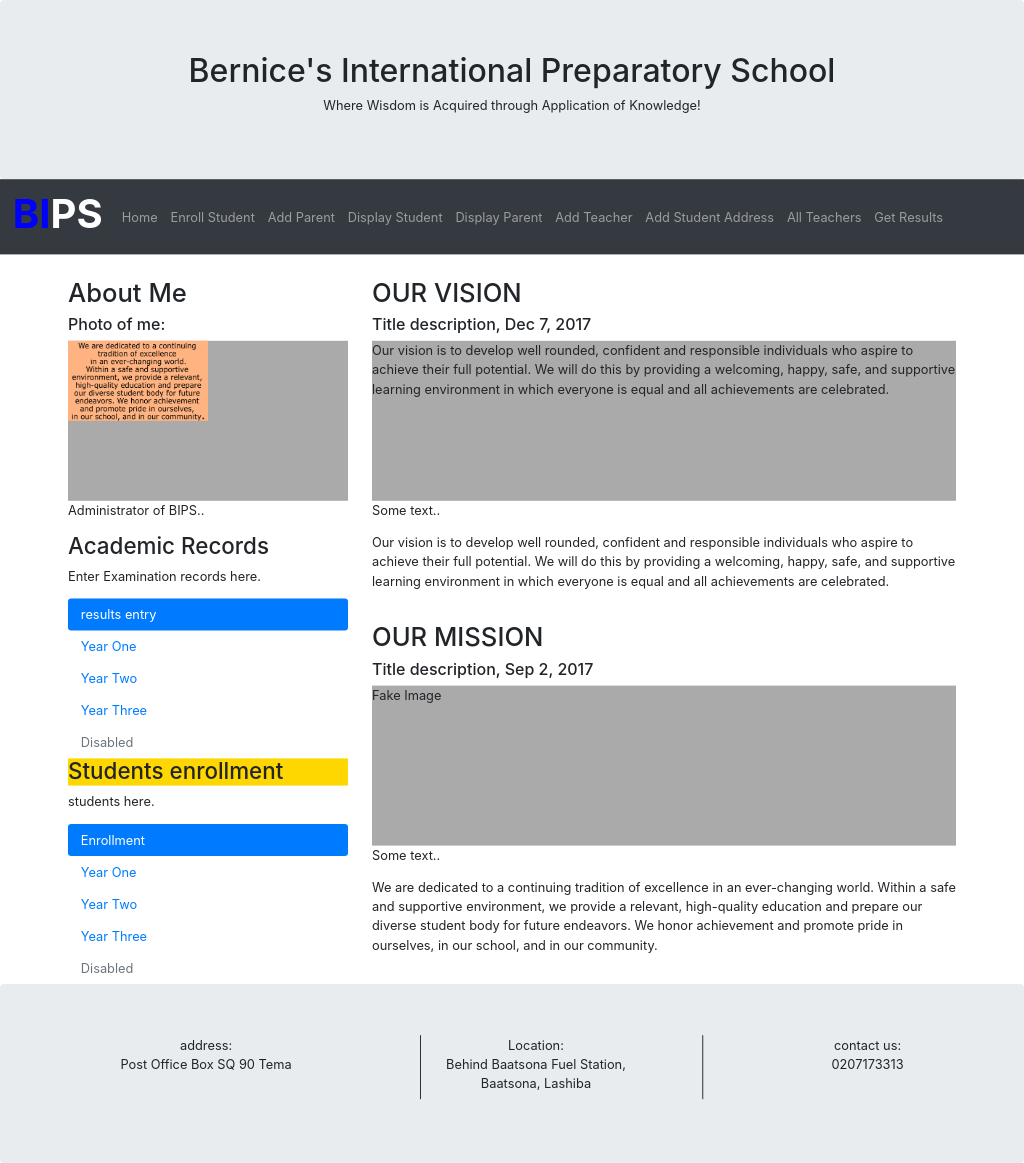
Repository: joseackah/eclipse-workspace
Page: http://localhost/com.school.mgt.system.Front.End/WEB-INF/views/adminPageExample.jsp
These files come from the project's save history. The page is drawn as it stood at one moment and after the next save; the edit follows.
The browser window is 1280 px wide. The pictures show the whole page, at 80% of full size.
The page is served by Tomcat 9. Nobody is signed in. The template is opened directly, without the code that normally fills it, so the values that code supplies are empty.

Above is the page before, as saved 2021-08-12 21:02:45.

After the next save:
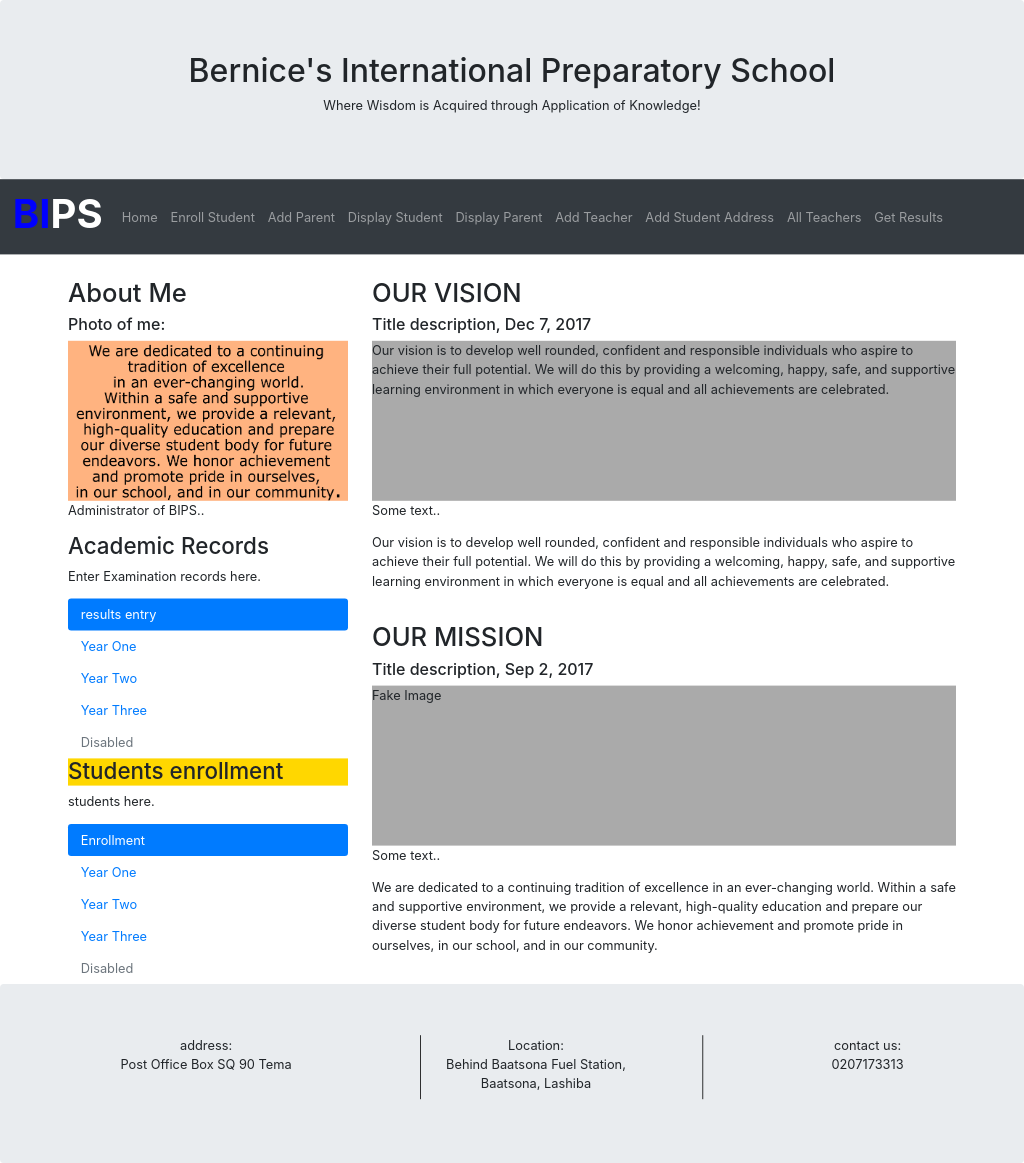
Saved 16 s later.
--- a/com.school.mgt.system.Front.End/src/main/webapp/WEB-INF/views/adminPageExample.jsp
+++ b/com.school.mgt.system.Front.End/src/main/webapp/WEB-INF/views/adminPageExample.jsp
@@ -67,7 +67,7 @@
     <div class="col-sm-4">
       <h2>About Me</h2>
       <h5>Photo of me:</h5>
-      <div class="fakeimg"> <img alt="our mision" src="${pageContext.request.contextPath}/resources/png/mission.png" style="width:50%; height:50%;"/>  </div>
+      <div class="fakeimg"> <img alt="our mision" src="${pageContext.request.contextPath}/resources/png/mission.png" style="width:100%; height:100%;"/>  </div>
       <p>Administrator of BIPS..</p>
 
     <!--   academic record start here -->
